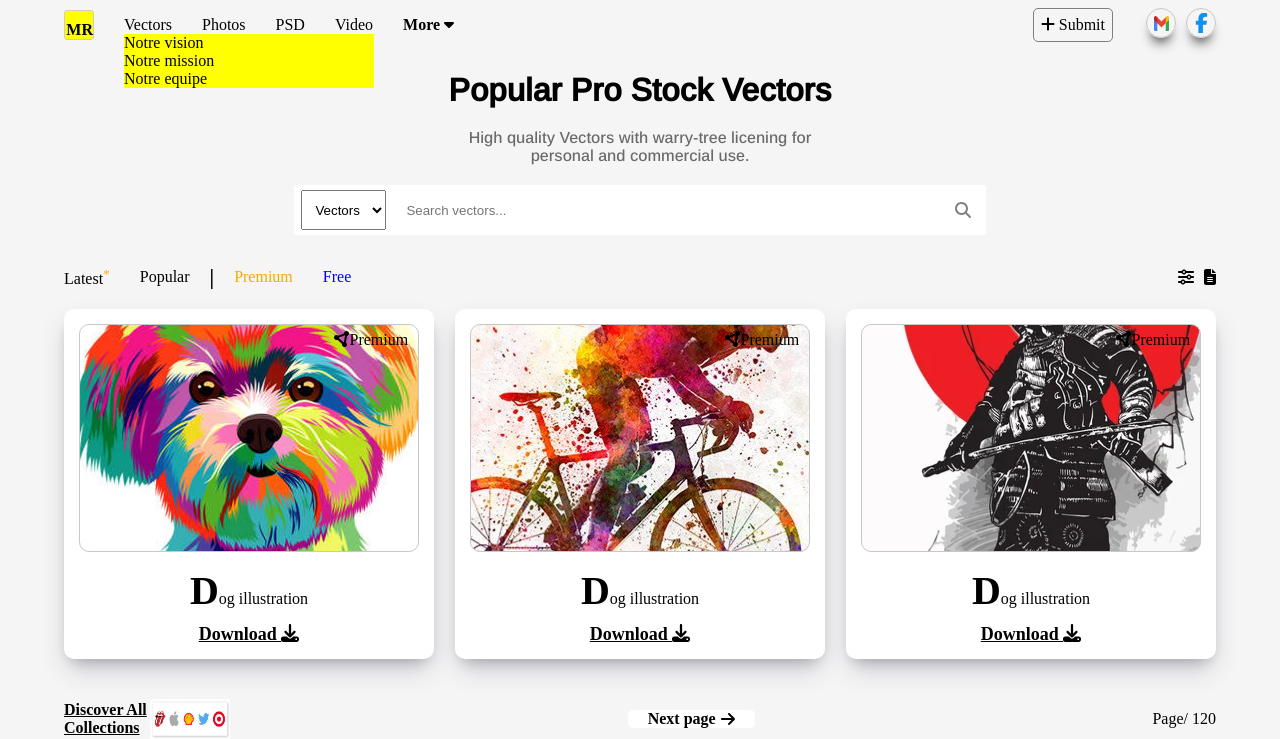
Repository: kegbaDev/VectorTemplate
Page: /
An editor plug-in stored every save of this project. The page is shown before and after the next save, followed by the edit.
The browser window is 1280 px wide. The pictures show the whole page.
The project was rebuilt for these pictures with package versions that can differ from the ones it lists, and the page was loaded fresh each time. Also part of the build but not shown: vite.config.js.

Above is the page before, as saved 2023-04-14 01:52:18.

### index.html
<!DOCTYPE html>
<html lang="en">
  <head>
    <meta charset="UTF-8" />
    <link rel="icon" href="/favicon.ico" />
    <meta name="viewport" content="width=device-width, initial-scale=1.0" />
    <title>Vite App</title>
  </head>
  <body style="background-color: rgb(245, 245, 245)">
    <div id="app"></div>
    <script type="module" src="/src/main.js"></script>
  </body>
</html>

### src/main.js
import { createApp } from 'vue'
import App from './App.vue'

// fontawesome importation
import '@fortawesome/fontawesome-free/css/all.css'
import '@fortawesome/fontawesome-free/js/all.js'

createApp(App).mount('#app')

### src/App.vue
<template>
<div class="wrapper">
  <div class="navbar">
    <div class="left bounce">
      <div class="logo">MR</div>
      <ul>
        <li>
          Vectors
          <div class="sous_menu">
            <ul class="liens">
              <li class="lien">Notre vision</li>
              <li class="lien">Notre mission</li>
              <li class="lien">Notre equipe</li>
            </ul>
          </div>
        </li>
        <li>Photos</li>
        <li>PSD</li>
        <li>Video</li>
        <li><span class="more" >More</span><i class="fa-solid fa-caret-down"></i></li>
      </ul>
    </div>
    <div class="right">
      <div class="submit">
        <i class="fa-solid fa-plus"></i>
        Submit
      </div>
      <div class="logo_collection">
        <div class="logo_card">
          <img src="./assets/gmail-logo-16.png" alt="google-icon" width="15px" height="15px">
        </div>
        <div class="logo_card">
          <i class="fa-brands fa-facebook-f" style="color: #1191ee; width: 25px;height: 20px;"></i>
        </div>
      </div>
    </div>
  </div>


  <!-- Second component -->


  <div class="text_section">
    <h1 class="title slideInUp">Popular Pro Stock Vectors</h1>
    <p class="paragraph slideInUp">
      High quality Vectors with warry-tree licening for <br>
      personal and commercial use.
    </p>
    <div class="input_card slideInRight">
      <select name="" id="">
        <option value="value1">Vectors</option>
        <option value="value2">Vectors</option>
      </select>
      <input type="text" placeholder="Search vectors... ">
      <i class="fa-solid fa-magnifying-glass" style="color: grey; margin-right: 15px;"></i>
    </div>
  </div>

  <!-- Third component -->

  <div class="row">
    <div class="left-row">
      <ul>
        <li>Latest<sup style="color:orange">*</sup></li>
        <li>Popular</li>
      </ul>
      <span class="pipe">
        |
      </span>
      <ul>
        <li style="color:orange">Premium</li>
        <li style="color:blue">Free</li>
      </ul>
    </div>
    <div class="right-row">
      <i class="fa-solid fa-sliders"></i>
      <i class="fa-solid fa-file-lines"></i>
    </div>
  </div>

  <!-- Fourth component  -->

  <div class="card_content slideInUp">
    <div class="main_card">
      <div class="image_and_text_space">
        <i class="fa-solid fa-circle-nodes"></i>Premium
      </div>
      <p style="margin-bottom: 10px;"><span style="text-transform: uppercase; font-weight: bolder; font-size: 40px;">D</span>og illustration</p>
      <p class="download">Download <i class="fa-solid fa-download"></i></p>
    </div>
    <div class="main_card">
      <div class="image_and_text_space2">
        <i class="fa-solid fa-circle-nodes"></i>Premium
      </div>
      <p style="margin-bottom: 10px;"><span style="text-transform: uppercase; font-weight: bolder; font-size: 40px;">D</span>og illustration</p>
      <p class="download">Download <i class="fa-solid fa-download"></i></p>
    </div>
    <div class="main_card">
      <div class="image_and_text_space3">
        <!-- <img src="./assets/154416(1).svg" width="209px" height="300px" alt=""> -->
        <i class="fa-solid fa-circle-nodes"></i>Premium
      </div>
      <p style="margin-bottom: 10px;"><span style="text-transform: uppercase; font-weight: bolder; font-size: 40px;">D</span>og illustration</p>
      <p class="download">Download <i class="fa-solid fa-download"></i></p>
    </div>
    <!-- <div class="main_card">
      <div class="image_and_text_space">
        Premium
      </div>
      <p>Dog illustration</p>
      <p class="download">Download<i class="fa-solid fa-download"></i></p>
    </div>
    <div class="main_card">
      <div class="image_and_text_space">
        Premium
      </div>
      <p>Dog illustration</p>
      <p class="download">Download<i class="fa-solid fa-download"></i></p>
    </div> -->
  </div>

  <!-- Last component -->
  <div class="last_row">
    <div class="start">
      <div class="part">
        Discover All <br>
        Collections
      </div>
      <img src="./assets/imagesfinal.jpg" alt="" style="width: 80px; height: 40px;">
    </div>
    <div class="between">
      Next page <i class="fa-solid fa-arrow-right"></i>
    </div>
    <div class="end">
      Page/ 120
    </div>
  </div>
</div>




</template>

<script setup>

</script>


<style scoped>
@import url('https://fonts.googleapis.com/css2?family=Arimo:wght@500&display=swap');
.wrapper{
  height: 100vh;
  width: 90vw;
  margin:auto;
}
*{
  padding: 0px;
  margin: 0px;
  box-sizing: border-box;
  /* font-family: 'Arimo', sans-serif; */
}
.left{
  display: flex;
  align-items: center;
}

ul{
  list-style: none;
  display: flex;
  gap: 30px;
  margin-left: 30px;
}
ul li{
  cursor: pointer;
}
.more{
  font-weight: bolder;
  padding-right: 4px;
}
.logo{
  width: 30px;
  height: 30px;
  border: 1px solid rgb(214, 201, 201);
  background-color: yellow;
  font-weight: bolder;
  display: flex;
  justify-content: end;
  align-items: end;
  border-radius: 3px;
  cursor: pointer;
}
.navbar{
  display: flex;
  justify-content: space-between;
}
.right{
  display: flex;
  gap: 3px;
}
.submit{
  border: 1px solid gray;
  padding: 7px;
  margin-right: 30px;
  border-radius: 5px;
  background-color: rgba(234, 233, 233, 0.03);
  cursor: pointer;
  transition: all 400ms ease-in-out;
}
.submit:hover{
  background-color: yellow;
  /* font-weight: bolder; */
  scale: 1.1;
}
.logo_collection{
  display: flex;
  gap: 10px;
}
.logo_card{
  width: 30px;
  height: 30px;
  border: 1px solid black;
  display: flex;
  align-items: center;
  justify-content: center;
  border-radius: 50%;
  border-color: rgb(202, 198, 198);
  -webkit-box-shadow: 0px 10px 13px -7px #000000, -2px -2px 15px 6px rgba(26,17,18,0);
  box-shadow: 0px 10px 13px -7px #000000, -2px -2px 15px 6px rgba(26,17,18,0);
  cursor: pointer;transition: all 300ms ease-in-out;

}
.logo_card:hover{
  -webkit-box-shadow: 0px 10px 13px -7px #000000, -2px -2px 15px 6px rgba(26,17,18,0);
  box-shadow: 0px 10px 13px -7px #000000, -2px -2px 15px 6px rgba(26,17,18,0);
  scale: 1.2;

}

              /* Menu deroulant */
.sous_menu .liens{
  position: absolute;
  display: block;
  background-color: yellow;
  width: 250px;
  margin-left: 0px;
  top: ;
}

              /* Menu deroulant */

/* Second composant */

.text_section{
  margin: 30px auto;
  text-align: center;
}
.title{
  font-family: 'Arimo', sans-serif;
  margin-bottom: 20px;
}
.paragraph{
  font-family: 'Arimo', sans-serif;
  margin-bottom: 20px;
  color: rgb(107, 106, 106);
}
.input_card{
  width: 60%;
  height: 50px;
  background-color: white;
  margin: auto;
  display: flex;
  align-items: center;
  border-radius: 2px;
}
input{
  width: 100%;
  padding-left: 20px;
  border: none;
}
input, select{
  height: 40px;
}
select{
  padding: 9px;
  margin-left: 7px;
}

/* Third component */
.row{
  display: flex;
  justify-content: space-between;
  margin-bottom: 20px;
}
.left-row ul{
  margin: 0px;
  padding: 0px;
  display: flex;
  align-items: center;
}
.left-row, .right-row{
  display: flex;
  align-items: center;
}
.pipe{
  margin: 0px 20px;
}

.pipe{
  font-weight: bolder;
  font-size: 1.3em;
}
.right-row{
  gap: 10px;
}

/* Fourth component */

.card_content{
  display: flex;
  justify-content: space-between;
}
.main_card{
  min-width: 370px;
  min-height: 350px;
  /* border: 1px solid black; */
  border-radius: 10px;
  background-color: white;
  box-shadow: rgba(50, 50, 93, 0.25) 0px 13px 27px -5px, rgba(0, 0, 0, 0.3) 0px 8px 16px -8px;
  padding-bottom: 25px;
  cursor: pointer;
  transition: all 400ms ease-in-out;
}
.main_card:hover{
  scale: 1.02;
}
.main_card p{
  text-align: center;
}
.download{
  font-weight: bolder;
  text-decoration: underline;
  font-size: large;
}
.image_and_text_space{
  padding-top: 6px;
  padding-right: 10px;
  text-align: end;
  height: 70%;
  width: 92%;
  border: 1px solid rgb(201, 199, 199);
  border-radius: 10px;
  margin: 15px auto;
  background-image: url(./assets/chien_color.jpg);
  background-repeat: no-repeat;
  background-position: center;
}
.image_and_text_space2{
  background-image: url(./assets/velo.jpg) !important;
  padding-top: 6px;
  padding-right: 10px;
  text-align: end;
  height: 70%;
  width: 92%;
  border: 1px solid rgb(201, 199, 199);
  border-radius: 10px;
  margin: 15px auto;
  background-repeat: no-repeat;
  background-position: center;
}
.image_and_text_space3{
  background-image: url(./assets/sa.webp) !important;
  padding-top: 6px;
  padding-right: 10px;
  text-align: end;
  height: 70%;
  width: 92%;
  border: 1px solid rgb(201, 199, 199);
  border-radius: 10px;
  margin: 15px auto;
  background-repeat: no-repeat;
  /* object-fit: contain; */
  background-position: center;
}

/* Animation */

.bounce {
  -webkit-animation-name: bounce;
  animation-name: bounce;
  -webkit-transform-origin: center bottom;
  -ms-transform-origin: center bottom;
  transform-origin: center bottom;
  -webkit-animation-duration: 1s;
  animation-duration: 1s;
  -webkit-animation-fill-mode: both;
  animation-fill-mode: both;
  }
  @-webkit-keyframes bounce {
  0%, 20%, 53%, 80%, 100% {
  -webkit-transition-timing-function: cubic-bezier(0.215, 0.610, 0.355, 1.000);
  transition-timing-function: cubic-bezier(0.215, 0.610, 0.355, 1.000);
  -webkit-transform: translate3d(0,0,0);
  transform: translate3d(0,0,0);
  }
  40%, 43% {
  -webkit-transition-timing-function: cubic-bezier(0.755, 0.050, 0.855, 0.060);
  transition-timing-function: cubic-bezier(0.755, 0.050, 0.855, 0.060);
  -webkit-transform: translate3d(0, -30px, 0);
  transform: translate3d(0, -30px, 0);
  }
  70% {
  -webkit-transition-timing-function: cubic-bezier(0.755, 0.050, 0.855, 0.060);
  transition-timing-function: cubic-bezier(0.755, 0.050, 0.855, 0.060);
  -webkit-transform: translate3d(0, -15px, 0);
  transform: translate3d(0, -15px, 0);
  }
  90% {
  -webkit-transform: translate3d(0,-4px,0);
  transform: translate3d(0,-4px,0);
  }
  }

  @keyframes bounce {
  0%, 20%, 53%, 80%, 100% {
  -webkit-transition-timing-function: cubic-bezier(0.215, 0.610, 0.355, 1.000);
  transition-timing-function: cubic-bezier(0.215, 0.610, 0.355, 1.000);
  -webkit-transform: translate3d(0,0,0);
  transform: translate3d(0,0,0);
  }
  40%, 43% {
  -webkit-transition-timing-function: cubic-bezier(0.755, 0.050, 0.855, 0.060);
  transition-timing-function: cubic-bezier(0.755, 0.050, 0.855, 0.060);
  -webkit-transform: translate3d(0, -30px, 0);
  transform: translate3d(0, -30px, 0);
  }
  70% {
  -webkit-transition-timing-function: cubic-bezier(0.755, 0.050, 0.855, 0.060);
  transition-timing-function: cubic-bezier(0.755, 0.050, 0.855, 0.060);
  -webkit-transform: translate3d(0, -15px, 0);
  transform: translate3d(0, -15px, 0);
  }
  90% { -webkit-transform: translate3d(0,-4px,0); transform: translate3d(0,-4px,0);
  }
}
.slideInUp {
  -webkit-animation-name: slideInUp;
  animation-name: slideInUp;
  -webkit-animation-duration: 1s;
  animation-duration: 1s;
  -webkit-animation-fill-mode: both;
  animation-fill-mode: both;
  }
  @-webkit-keyframes slideInUp {
  0% {
  -webkit-transform: translateY(100%);
  transform: translateY(100%);
  visibility: visible;
  }
  100% {
  -webkit-transform: translateY(0);
  transform: translateY(0);
  }
  }
  @keyframes slideInUp {
  0% {
  -webkit-transform: translateY(100%);
  transform: translateY(100%);
  visibility: visible;
  }
  100% {
  -webkit-transform: translateY(0);
  transform: translateY(0);
  }
}

.slideInRight {
  -webkit-animation-name: slideInRight;
  animation-name: slideInRight;
  -webkit-animation-duration: 1s;
  animation-duration: 1s;
  -webkit-animation-fill-mode: both;
  animation-fill-mode: both;
  }
  @-webkit-keyframes slideInRight {
  0% {
  -webkit-transform: translateX(100%);
  transform: translateX(100%);
  visibility: visible;
  }
  100% {
  -webkit-transform: translateX(0);
  transform: translateX(0);
  }
  }
  @keyframes slideInRight {
  0% {
  -webkit-transform: translateX(100%);
  transform: translateX(100%);
  visibility: visible;
  }
  100% {
  -webkit-transform: translateX(0);
  transform: translateX(0);
  }
  }

.slideInUp {
  -webkit-animation-name: slideInUp;
  animation-name: slideInUp;
  -webkit-animation-duration: 1s;
  animation-duration: 1s;
  -webkit-animation-fill-mode: both;
  animation-fill-mode: both;
  }
  @-webkit-keyframes slideInUp {
  0% {
  -webkit-transform: translateY(100%);
  transform: translateY(100%);
  visibility: visible;
  }
  100% {
  -webkit-transform: translateY(0);
  transform: translateY(0);
  }
  }
  @keyframes slideInUp {
  0% {
  -webkit-transform: translateY(100%);
  transform: translateY(100%);
  visibility: visible;
  }
  100% {
  -webkit-transform: translateY(0);
  transform: translateY(0);
  }
}

/* Animation */

/* last component */

.last_row{
  margin-top: 40px;
  margin-bottom: 40px;
  display: flex;
  justify-content: space-between;
  align-items: center;
}
.between{
  font-weight: bolder;
  padding: 0px 20px;
  background-color: white;
  border-radius: 5px;
  display: flex;
  justify-content: center;
  align-items: center;
  gap: 5px;
}
.start{
  display: flex;
  align-items: center;
  gap: 3px;
  text-decoration: underline;
  font-weight: bold;
}
</style>

After the next save:
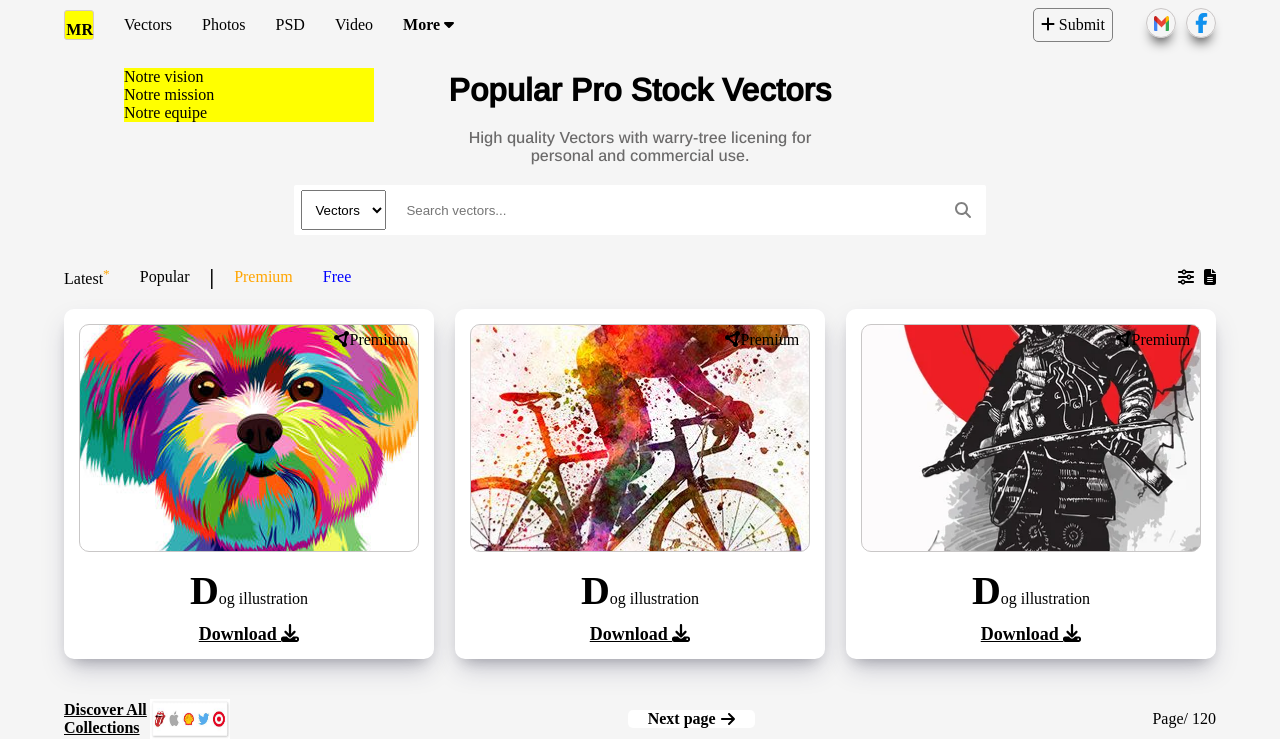
Saved 5 s later.
--- a/src/App.vue
+++ b/src/App.vue
@@ -244,7 +244,7 @@
   background-color: yellow;
   width: 250px;
   margin-left: 0px;
-  top: ;
+  top: 60px;
 }
 
               /* Menu deroulant */

After the save that followed:
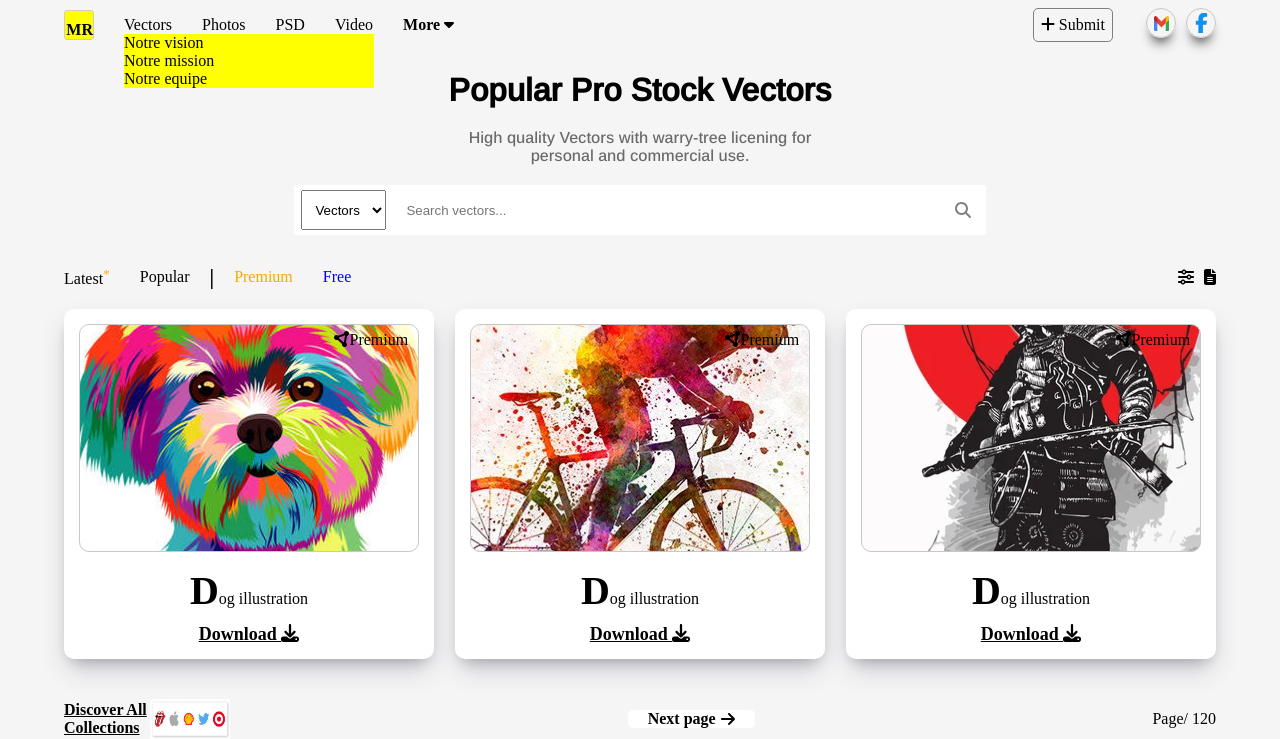
Saved 5 s later.
--- a/src/App.vue
+++ b/src/App.vue
@@ -244,7 +244,7 @@
   background-color: yellow;
   width: 250px;
   margin-left: 0px;
-  top: 60px;
+  top: px;
 }
 
               /* Menu deroulant */
